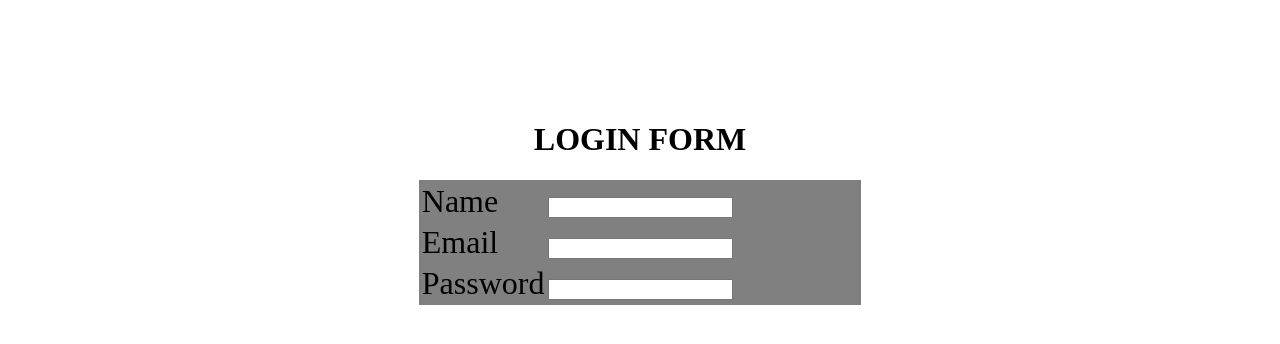
Repository: obusakthi539/Loginform
Page: Login.html
An editor plug-in stored every save of this project. The page is shown before and after the next save, followed by the edit.
The browser window is 1280 px wide. The pictures show the whole page.

Above is the page before, as saved 2025-01-10 18:03:31.

### Login.html
<!DOCTYPE html>
<html lang="en">
<head>
    <meta charset="UTF-8">
    <meta name="viewport" content="width=device-width, initial-scale=1.0">
    <title>Document</title>
    <style>
        body{
             display: flex;
             flex-direction:column;
             align-items: center;
             justify-content: center;
             margin-top: 100px;
        }
        .a{
            background-color:gray;
            font-size: xx-large;
            width: 35%;
            display: flex;
            align-items:center;

        }
    </style>
</head>
<body>

    <h1>LOGIN FORM</h1>
    <div class="a">
        <form action=""></form>
        <table>
            <tr>
                <td> <label for="">Name</label></td>
                <td><input type="text"></td>
            </tr>
            <tr>
                <td><label for="">Email</label></td>
                <td><input type="text"></td>
            </tr>
            <tr>
                <td> <label for="">Password</label></td>
                <td><input type="text"></td>
            </tr>
        </table>
    </div>
</body>
</html>

After the next save:
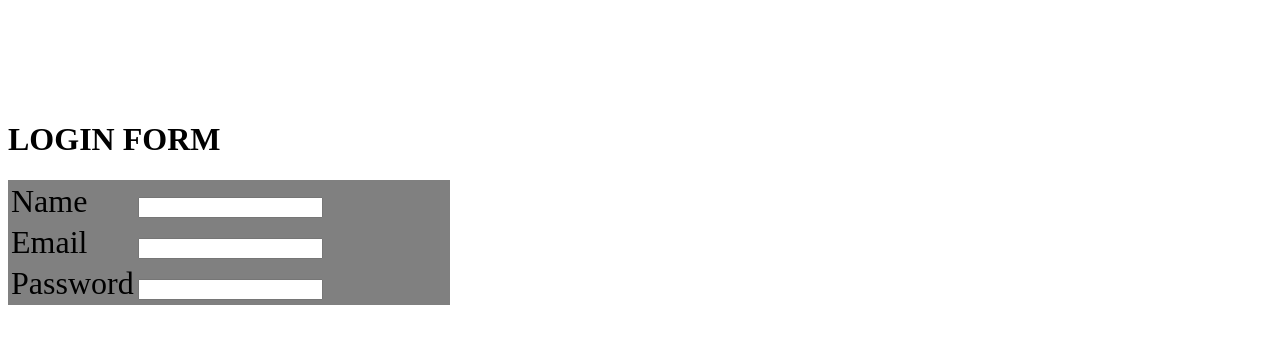
Saved 22 s later.
--- a/Login.html
+++ b/Login.html
@@ -8,7 +8,7 @@
         body{
              display: flex;
              flex-direction:column;
-             align-items: center;
+
              justify-content: center;
              margin-top: 100px;
         }

After the save that followed:
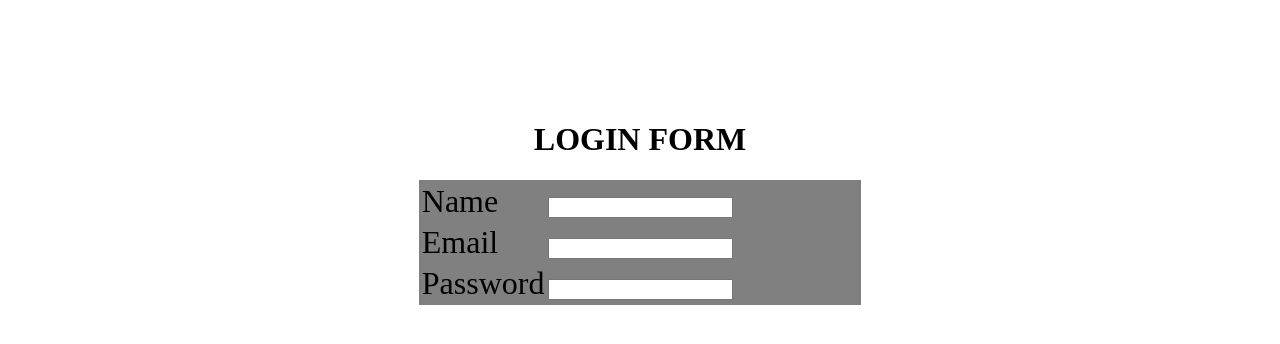
Saved 11 s later.
--- a/Login.html
+++ b/Login.html
@@ -8,7 +8,7 @@
         body{
              display: flex;
              flex-direction:column;
-
+             align-items: center;
              justify-content: center;
              margin-top: 100px;
         }
